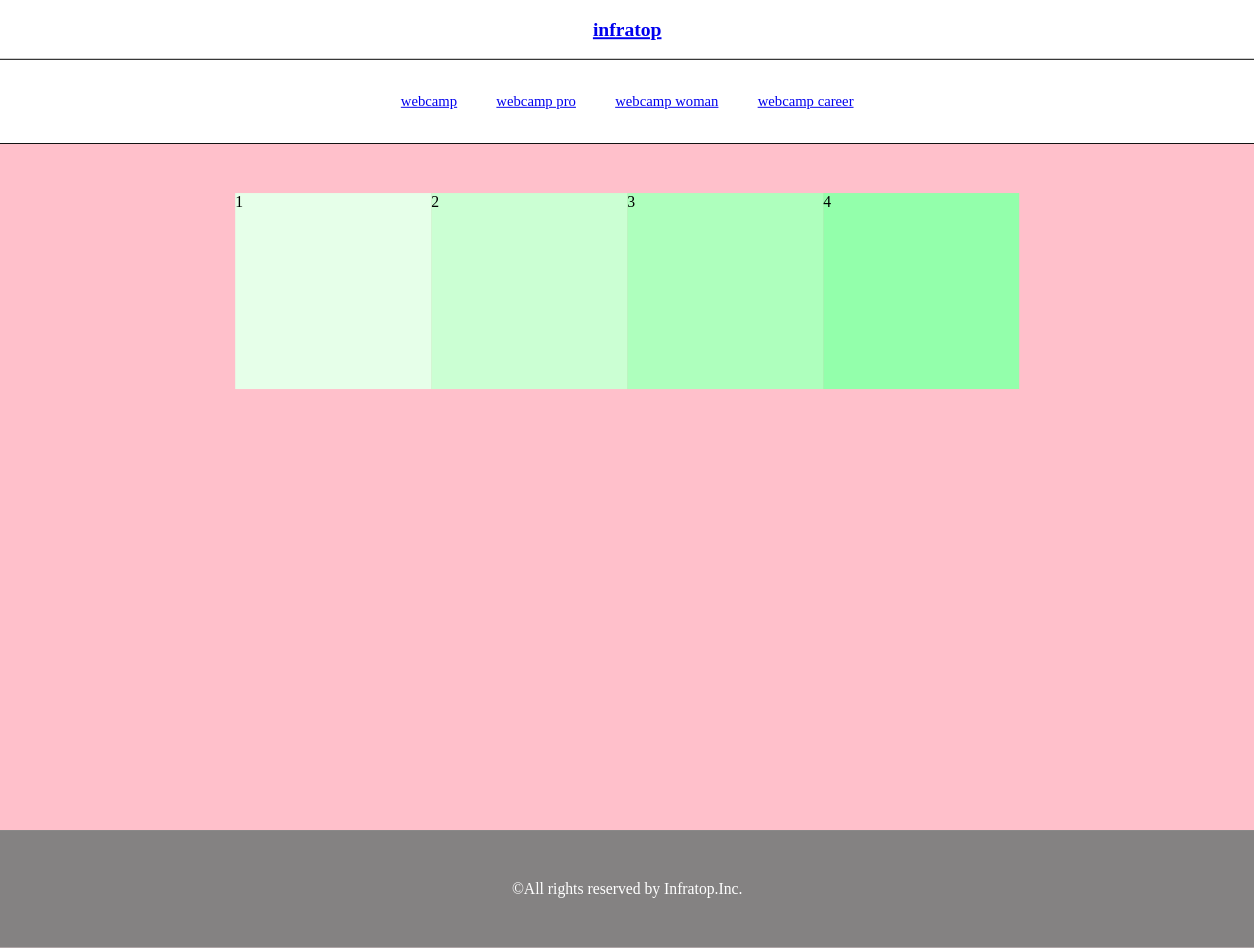
Repository: shizuki-okuma/dmm-webcamp
Page: chapter5_exercise/chapter5_exercise.html
The author's editor kept a record of every edit. The page is drawn from the files as they stood at one moment, then again after the next edit.
The browser window is 1280 px wide. The pictures show the whole page, at 98% of full size.

Above is the page before.

After the next edit:
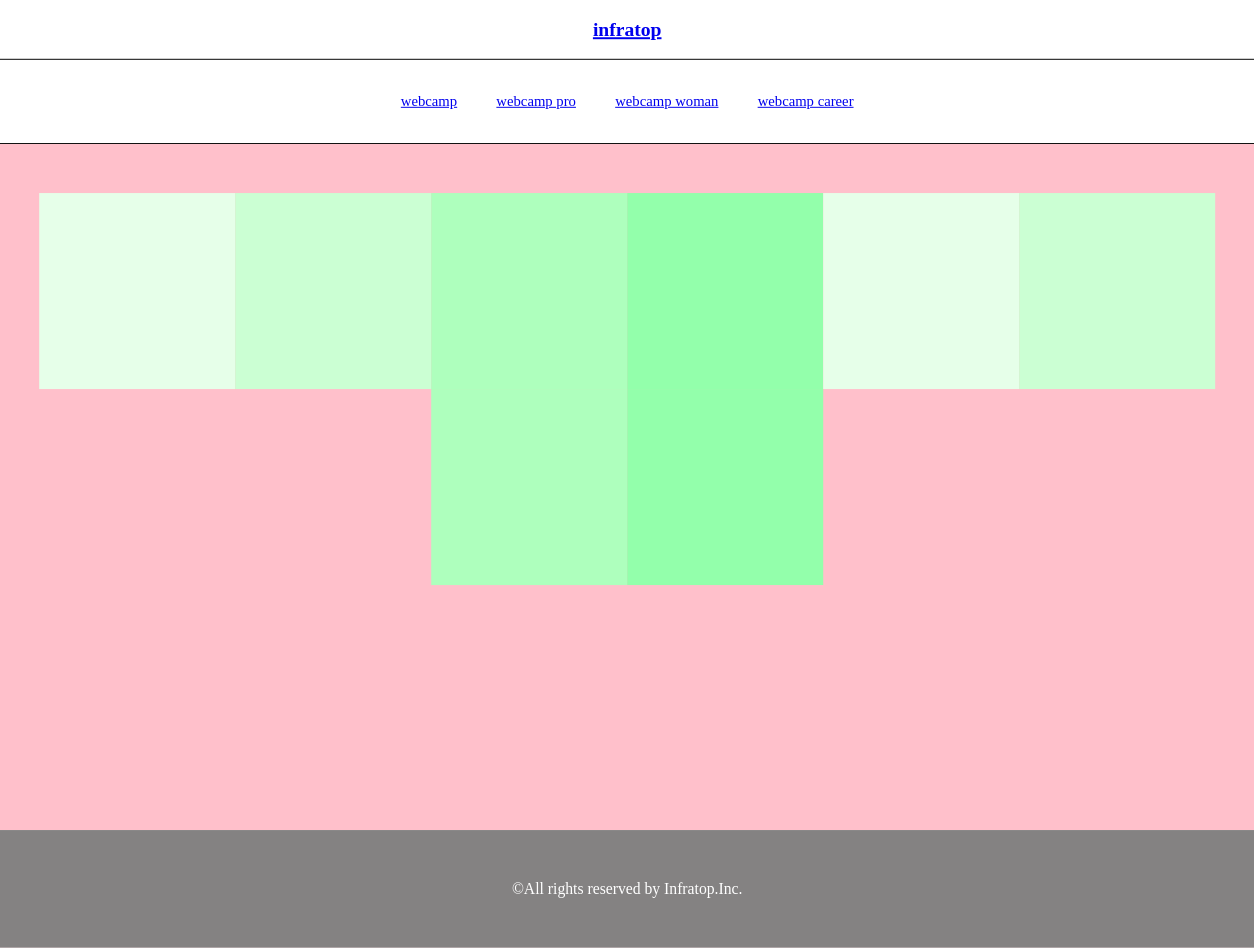
The edit:
--- a/chapter5_exercise/chapter5_exercise.html
+++ b/chapter5_exercise/chapter5_exercise.html
@@ -41,14 +41,14 @@
 
     <div class="main">
       <div class="content">
-        <div class="green1">1</div>
-          <div class="green2">2</div>
-            <div class="green3">3</div>
-              <div class="green4">4</div>
-
-
-
-
+        <div class="green1"></div>
+        <div class="green2"></div>
+        <div class="green3"></div>
+        <div class="green4"></div>
+        <div class="green1"></div>
+        <div class="green2"></div>
+        <div class="green3"></div>
+        <div class="green4"></div>
       </div>
     </div>
 
